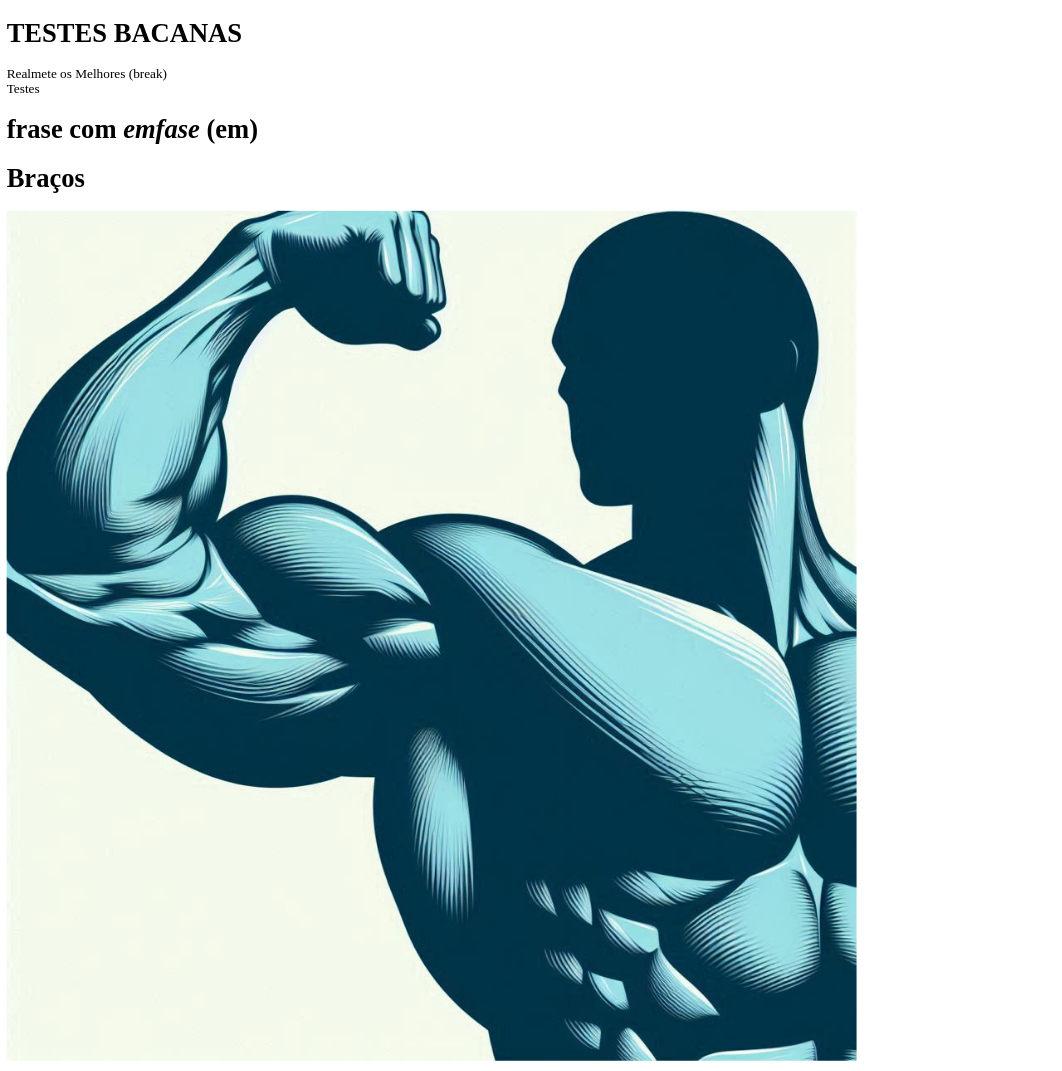
Repository: LuidyOn/Site_Forca_Total
Page: ForçaTotal/teste.html
An editor plug-in stored every save of this project. The page is shown before and after the next save, followed by the edit.
The browser window is 1280 px wide. The pictures show the whole page, at 83% of full size.

Above is the page before, as saved 2025-05-13 18:44:20.

### ForçaTotal/teste.html
<!DOCTYPE html>
<html lang="pt-br">
<head>
  <meta charset="UTF-8">
  <meta name="viewport" content="width=device-width, initial-scale=1.0">
  <link rel="shortcut icon" href="img/icons/logo.ico" type="image/x-icon">
  <title>Testes Força total</title>
</head>
<body>

<h1>TESTES BACANAS</h1>

  <p>Realmete os Melhores (break)<br> Testes </p>

<H1>frase com <em>emfase</em> (em) </H1>

<H1></H1>

  <h1>Braços</h1>
<img src="img/parteSerior.png" alt="parte superior">

</body>
</html>

After the next save:
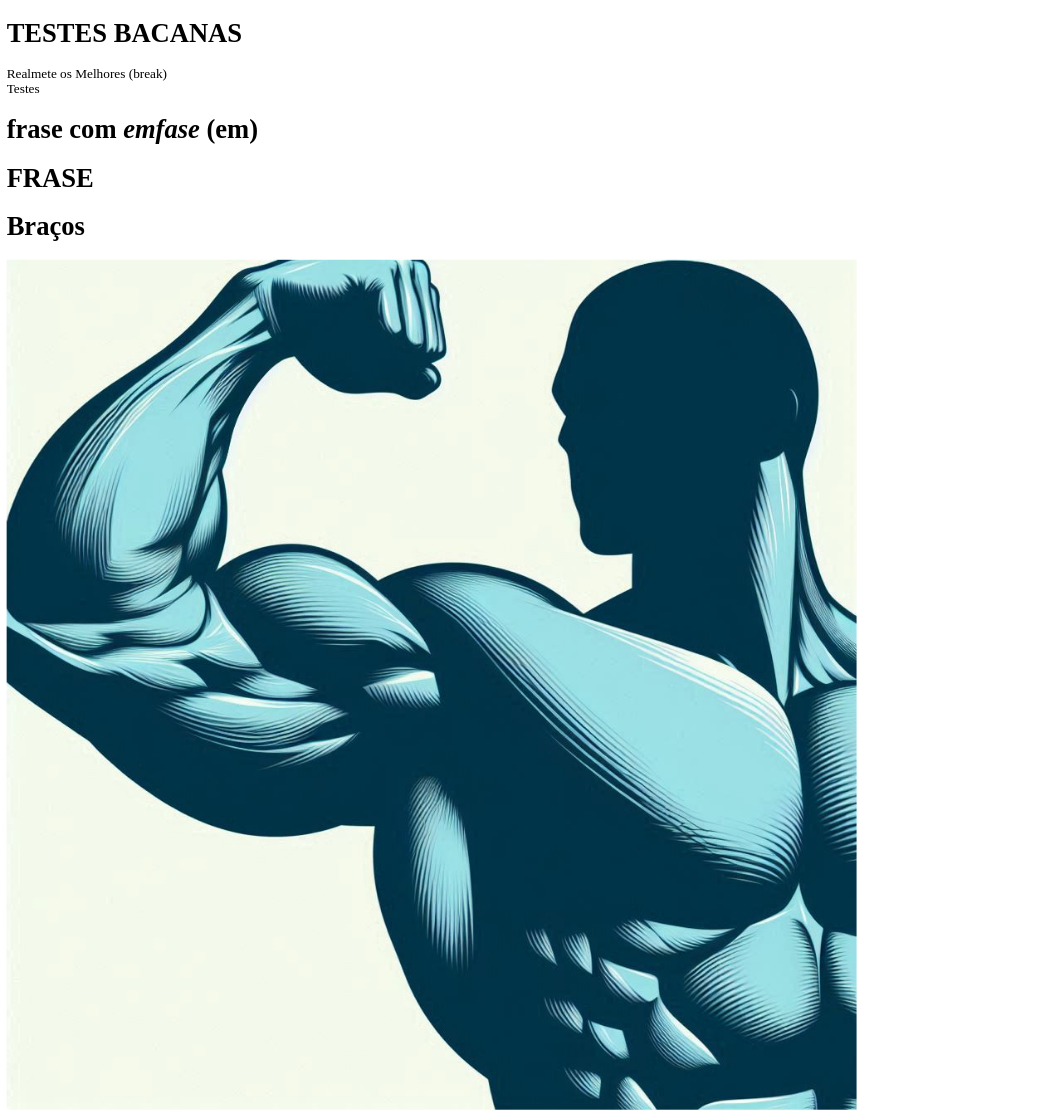
Saved 7 s later.
--- a/ForçaTotal/teste.html
+++ b/ForçaTotal/teste.html
@@ -14,7 +14,7 @@
 
 <H1>frase com <em>emfase</em> (em) </H1>
 
-<H1></H1>
+<H1>FRASE </H1>
 
   <h1>Braços</h1>
 <img src="img/parteSerior.png" alt="parte superior">
